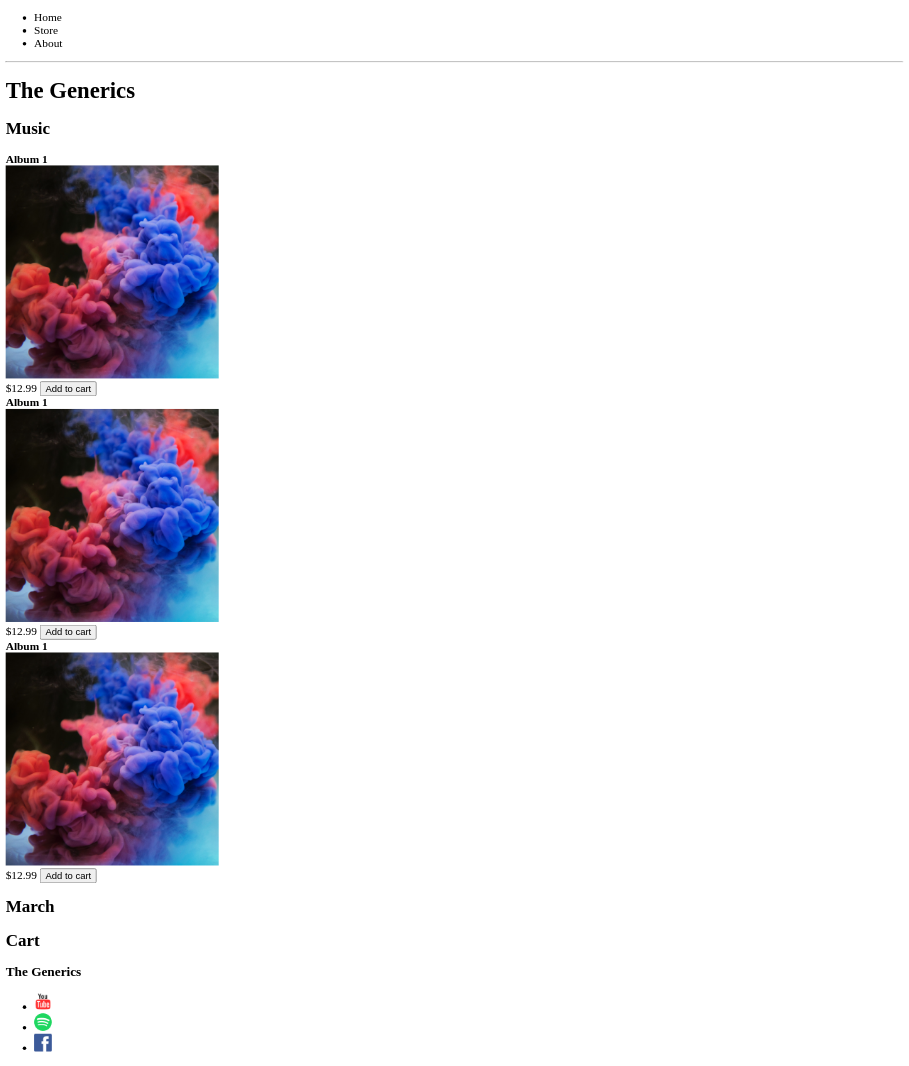
Repository: nazmulhaquep/WebDesign
Page: store.html
An editor plug-in stored every save of this project. The page is shown before and after the next save, followed by the edit.
The browser window is 1280 px wide. The pictures show the whole page, at 71% of full size.

Above is the page before, as saved 2023-11-22 12:49:05.

### store.html
<!DOCTYPE html>
<html lang="en">
<head>
    <meta charset="UTF-8">
    <meta name="viewport" content="width=device-width, initial-scale=1.0">
    <title>The Generics | Store</title>
    <meta name="description" content="This is the description">
</head>
<body>
    <header>
        <nav>
            <ul>
                <li>Home</li>
                <li>Store</li>
                <li>About</li>
            </ul>
        </nav>
        <hr/>
        <h1> The Generics </h1>
    </header>

    <section>
        <h2>Music</h2>
        <div>
            <div>
                <strong>Album 1</strong>
            </div>
            <img src="images/Album 1.png"/>
            <div>
                <span>$12.99</span>
                <button>Add to cart</button>
            </div>
        </div>

        <div>
            <div>
                <strong>Album 1</strong>
            </div>
            <img src="images/Album 1.png"/>
            <div>
                <span>$12.99</span>
                <button>Add to cart</button>
            </div>
        </div>

        <div>
            <div>
                <strong>Album 1</strong>
            </div>
            <img src="images/Album 1.png"/>
            <div>
                <span>$12.99</span>
                <button>Add to cart</button>
            </div>
        </div>
    </section>

    <section>
        <h2>March</h2>
    </section>

    <section>
        <h2>Cart</h2>
    </section>
    <footer>
        <h3>The Generics</h3>
        <ul>
            <li><img src="images/YouTube Logo.png"> </li>
            <li><img src="images/Spotify Logo.png"> </li>
            <li><img src="images/Facebook Logo.png"> </li>
        </ul>
    </footer>
</body>
</html>

After the next save:
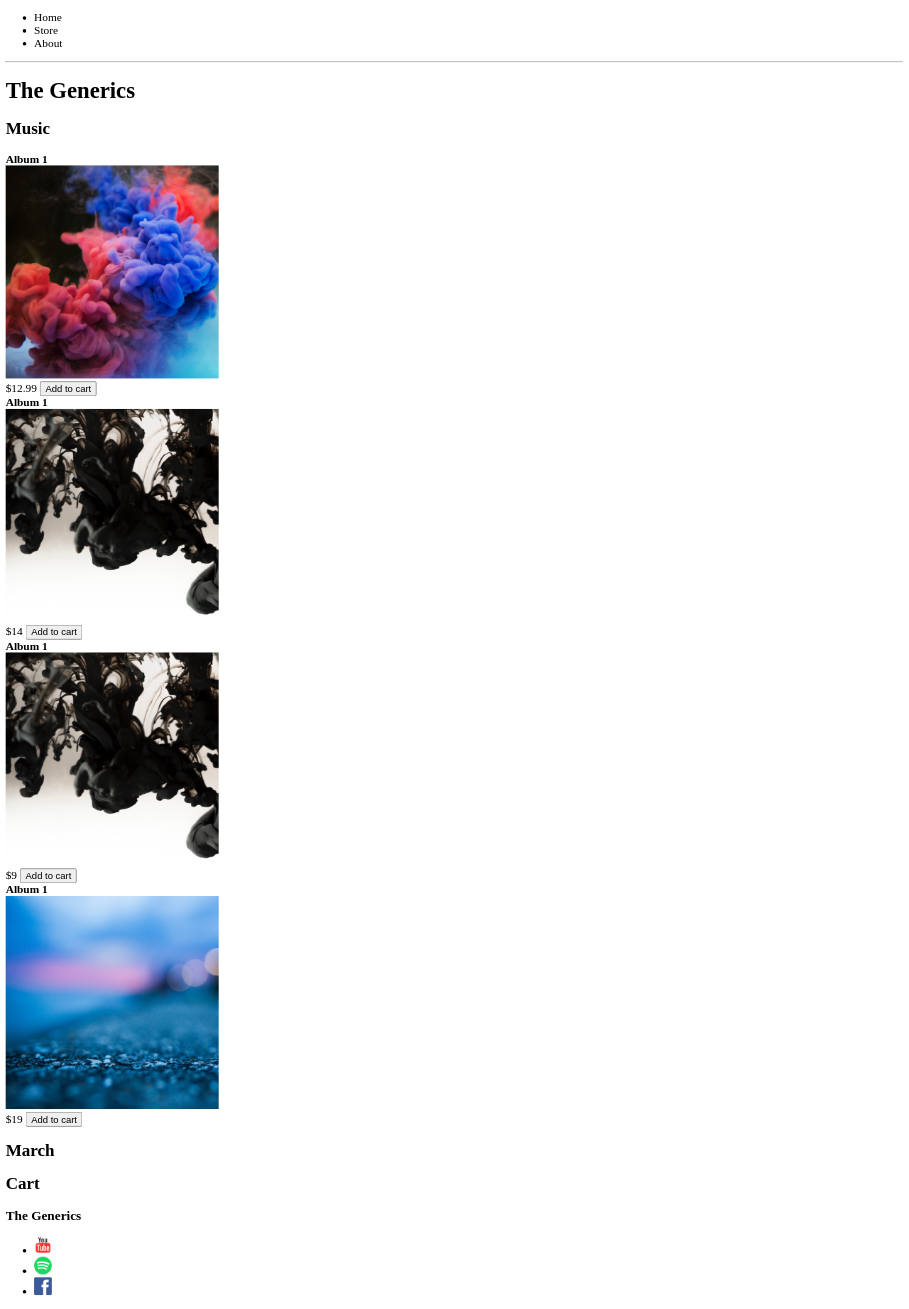
Saved 62 s later.
--- a/store.html
+++ b/store.html
@@ -36,9 +36,9 @@
             <div>
                 <strong>Album 1</strong>
             </div>
-            <img src="images/Album 1.png"/>
+            <img src="images/Album 2.png"/>
             <div>
-                <span>$12.99</span>
+                <span>$14</span>
                 <button>Add to cart</button>
             </div>
         </div>
@@ -47,9 +47,20 @@
             <div>
                 <strong>Album 1</strong>
             </div>
-            <img src="images/Album 1.png"/>
+            <img src="images/Album 2.png"/>
             <div>
-                <span>$12.99</span>
+                <span>$9</span>
+                <button>Add to cart</button>
+            </div>
+        </div>
+
+        <div>
+            <div>
+                <strong>Album 1</strong>
+            </div>
+            <img src="images/Album 4.png"/>
+            <div>
+                <span>$19</span>
                 <button>Add to cart</button>
             </div>
         </div>
